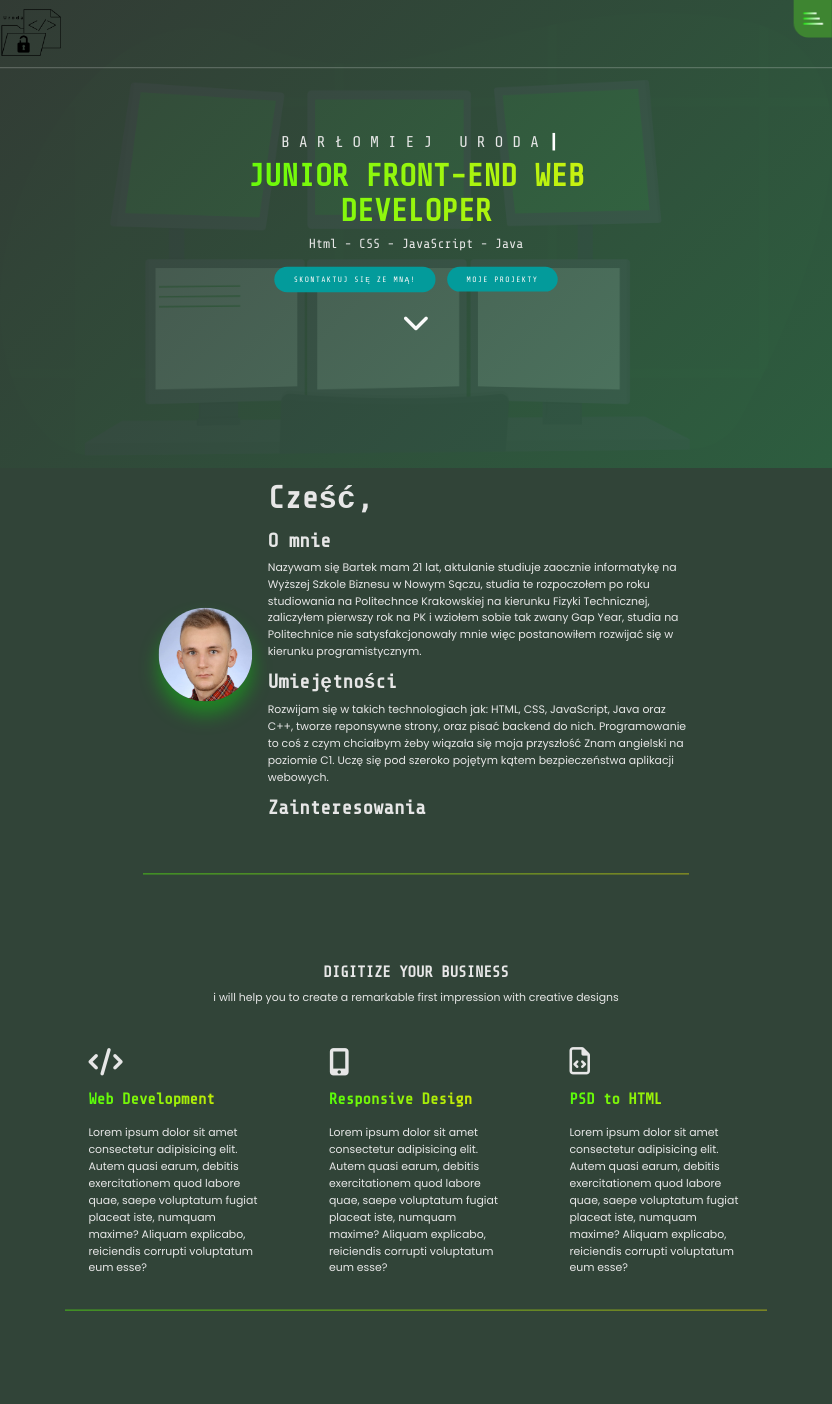
Repository: BartekUroda/portfolio
Page: index.html
These files come from the project's save history. The page is drawn as it stood at one moment and after the next save; the edit follows.
The browser window is 1280 px wide. The pictures show the whole page, at 65% of full size.
Some web libraries are served in a nearby version.

Above is the page before, as saved 2020-10-27 21:00:54.

After the next save:
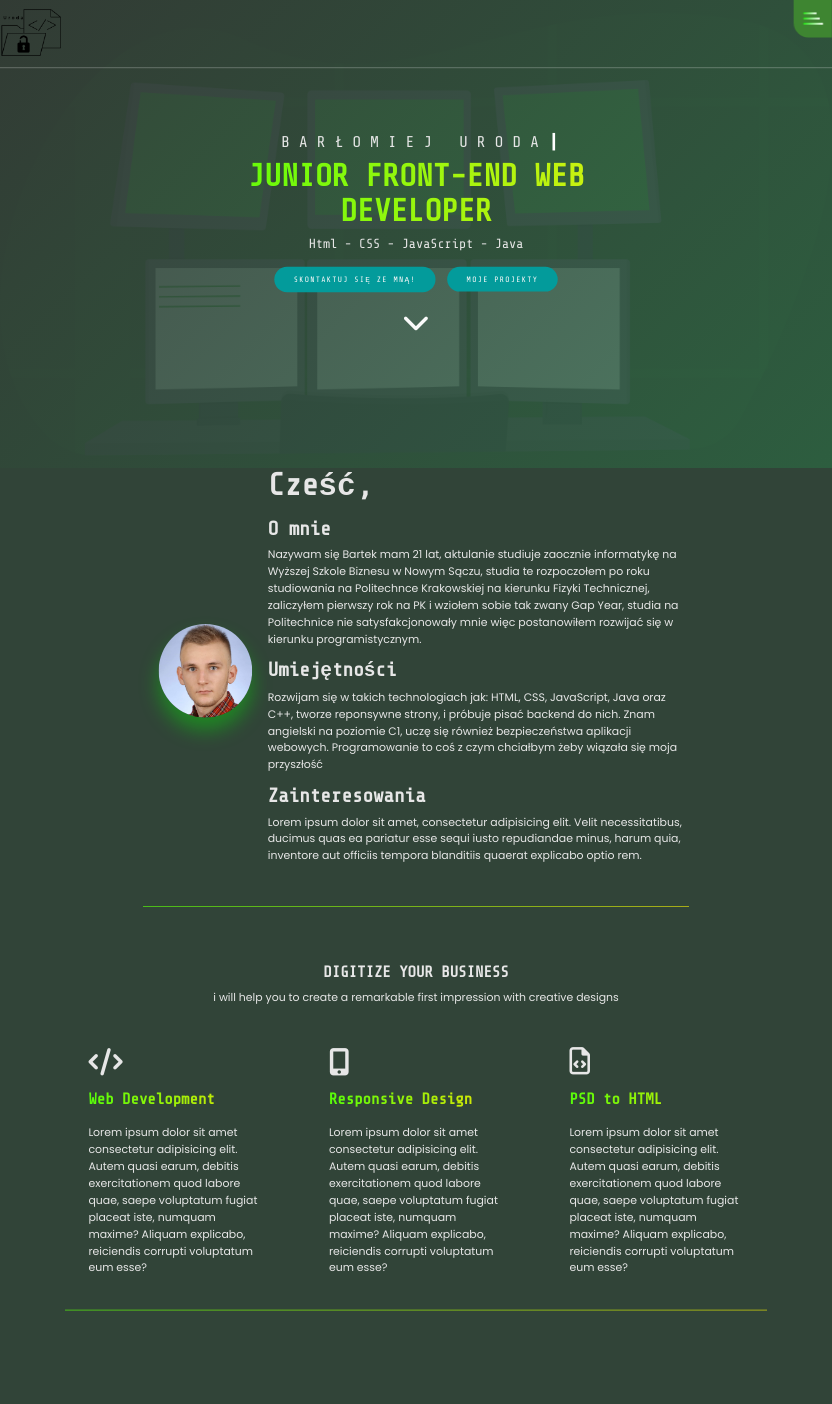
Saved 2 min 10 s later.
--- a/index.html
+++ b/index.html
@@ -106,12 +106,17 @@
             <h3>Umiejętności</h3>
             <p>
               Rozwijam się w takich technologiach jak: HTML, CSS, JavaScript, Java oraz C++,
-              tworze reponsywne strony, oraz pisać backend do nich. Programowanie to coś z czym chciałbym żeby wiązała się moja przyszłość
-              Znam angielski na poziomie C1. Uczę się pod szeroko pojętym kątem bezpieczeństwa aplikacji webowych.
+              tworze reponsywne strony, i próbuje pisać backend do nich. Znam angielski na
+              poziomie C1, uczę się również bezpieczeństwa aplikacji webowych.
+              Programowanie to coś z czym chciałbym żeby wiązała się moja przyszłość
             </p>
             <h3>Zainteresowania</h3>
             <p>
-
+              Lorem ipsum dolor sit amet, consectetur adipisicing elit. Velit
+              necessitatibus, ducimus quas ea pariatur esse sequi iusto
+              repudiandae minus, harum quia, inventore aut officiis tempora
+              blanditiis quaerat explicabo optio rem.
+            </p>
           </div>
         </div>
         <hr/>
